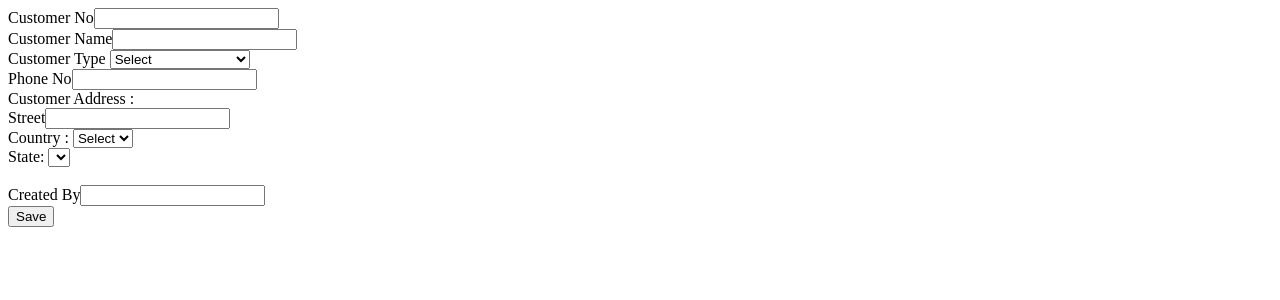
Repository: Mahesh2114/Project
Page: http://localhost/bms/save.jsp
An editor plug-in stored every save of this project. The page is shown before and after the next save, followed by the edit.
The browser window is 1280 px wide. The pictures show the whole page.
The page is served by Tomcat 9. Other server files are loaded and not shown. The template is opened directly, without the code that normally fills it, so the values that code supplies are empty.

Above is the page before, as saved 2021-12-08 12:03:11.
Console error: SyntaxError: Unexpected token '<'

### Project1/bms/src/main/webapp/save.jsp
<%@ page language="java" contentType="text/html; charset=ISO-8859-1"
	pageEncoding="ISO-8859-1"%>
<!DOCTYPE html>
<html>
<head>
<meta charset="ISO-8859-1">
<title>Insert title here</title>
<script>
function populate(s1,s2){
	var s1 = document.getElementById(s1);
	var s2 = document.getElementById(s2);
	s2.innerHTML = "";


	if(s1.value == "India"){

		var optionArray =[
			<c:forEach items="${indiaList}" var="state" varStatus="status">
		    '${ state.state_Name}'
		    <c:if test="${!status.last}">
		      ,
		    </c:if>
		    </c:forEach>
		];
	} else (s1.value == "USA"){
		var optionArray =[
			<c:forEach items="${usaList}" var="state" varStatus="status">
		    '${ state.state_Name}'
		    <c:if test="${!status.last}">
		      ,
		    </c:if>
		    </c:forEach>
		];
	}


	for(var option in optionArray){
		var pair = optionArray[option];
		var newOption = document.createElement("option");
		newOption.value = pair;
		newOption.innerHTML = pair;
		s2.options.add(newOption);
	}
}
</script>
</head>
<body>
	<form action="/save" method="post">

		<div>
			<label>Customer No</label><input type="text" name="cid">
		</div>
		<div>
			<label>Customer Name</label><input type="text" name="name">
		</div>
		<div>
			<label for="type">Customer Type</label> <select name="type" id="type">
				<option value="select">Select</option>
				<option value="cheap">Cheap Customer</option>
				<option value="educated">Educated Customer</option>
				<option value="driven">Driven Customer</option>
			</select>
		</div>
		<div>
			<label>Phone No</label><input type="text" name="phone">
		</div>
		<div>
			<label>Customer Address :</label><br> <label>Street</label><input
				type="text" name="street"> <br>
		</div>
		<div>
		<label >Country : </label>
		<select id="country" name="country" class="company"
						onchange="populate(this.id,'state')">
						<option>Select</option>

						<c:forEach var="listValue" items="${countryList}">

							<option>${listValue.countryName}</option>

							<br>
						</c:forEach>


					</select>
		<div>
		<label>State: </label>
			<select id="state" name="state" >



					</select>
		</div><br>
		<div>
			<label>Created By</label><input type="text" name="created_by">
		</div>
		<div>
			<button type="submit">Save</button>
		</div>
	</form>
</body>
</html>

After the next save:
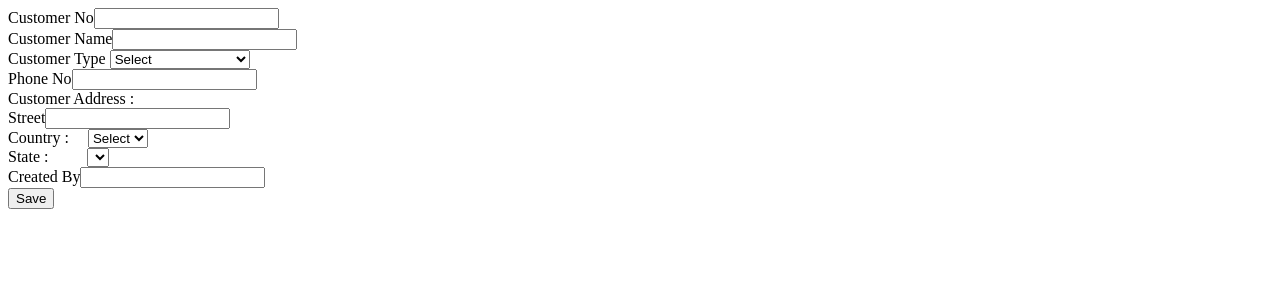
Saved 3 min 25 s later.
--- a/Project1/bms/src/main/webapp/save.jsp
+++ b/Project1/bms/src/main/webapp/save.jsp
@@ -69,8 +69,9 @@ function populate(s1,s2){
 				type="text" name="street"> <br>
 		</div>
 		<div>
-		<label >Country : </label>
-		<select id="country" name="country" class="company"
+
+					<label id="centermargin" style="margin-right: 15px;">Country
+						: </label> <select id="country" name="country" class="company"
 						onchange="populate(this.id,'state')">
 						<option>Select</option>
 
@@ -83,14 +84,17 @@ function populate(s1,s2){
 
 
 					</select>
-		<div>
-		<label>State: </label>
-			<select id="state" name="state" >
+
+				</div>
+
+				<div>
+					<label id="centermargin" style="margin-right: 35px;">State
+						: </label><select id="state" name="state" >
 
 
 
 					</select>
-		</div><br>
+				</div>
 		<div>
 			<label>Created By</label><input type="text" name="created_by">
 		</div>
